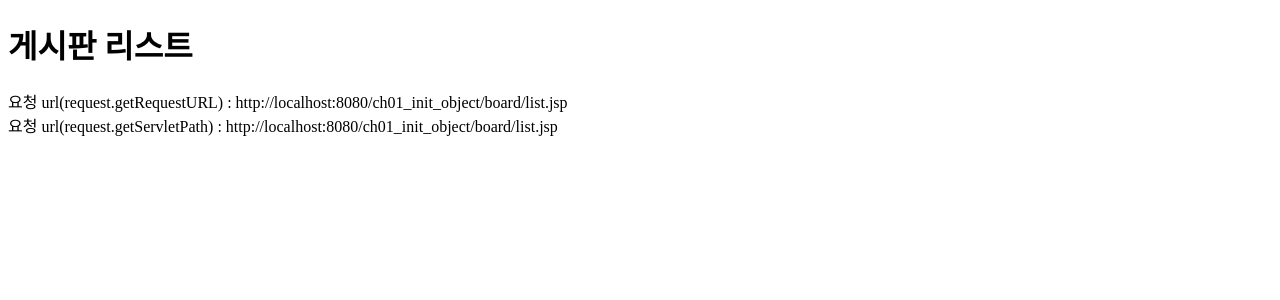
Repository: seokku/java2
Page: http://localhost/ch01_init_object/board/list.jsp
These files come from the project's save history. The page is drawn as it stood at one moment and after the next save; the edit follows.
The browser window is 1280 px wide. The pictures show the whole page.
The page is served by Tomcat 9. Other server files are loaded and not shown.

Above is the page before, as saved 2021-02-17 05:39:01.

### workspace/jsp/ch01_init_object/WebContent/board/list.jsp
<%@page import="com.webjjang.main.controller.Beans"%>
<%@ page language="java" contentType="text/html; charset=UTF-8"
    pageEncoding="UTF-8"%>

<%
// ----------- 데이터 처리
// 요청한  url 가져오기
String url = request.getRequestURL().toString();
String url2 = request.getServletPath();

// List list = Beans.get(url);

%>

<!-- 데이터 표시     -->
<!DOCTYPE html>
<html>
<head>
<meta charset="UTF-8">
<title>게시판 리스트</title>
</head>
<body>
<h1>게시판 리스트</h1>
요청 url(request.getRequestURL) : <%= url %><br/>
요청 url(request.getServletPath) : <%= url %><br/>
</body>
</html>

After the next save:
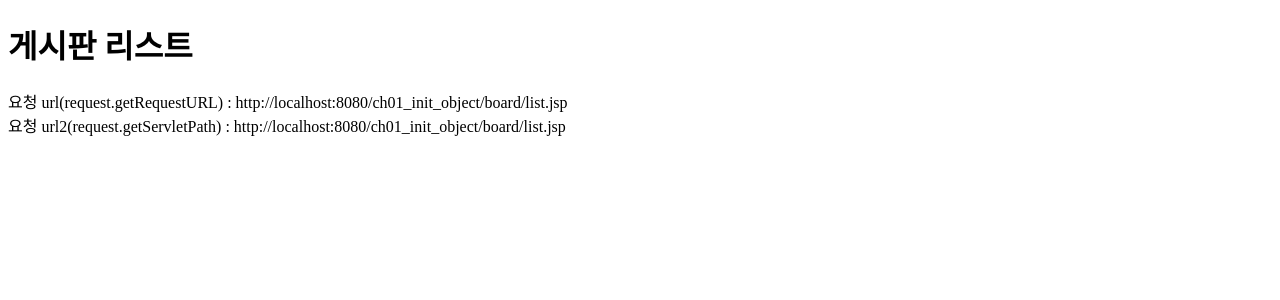
Saved 5 s later.
--- a/workspace/jsp/ch01_init_object/WebContent/board/list.jsp
+++ b/workspace/jsp/ch01_init_object/WebContent/board/list.jsp
@@ -22,6 +22,6 @@
 <body>
 <h1>게시판 리스트</h1>
 요청 url(request.getRequestURL) : <%= url %><br/>
-요청 url(request.getServletPath) : <%= url %><br/>
+요청 url2(request.getServletPath) : <%= url %><br/>
 </body>
 </html>
